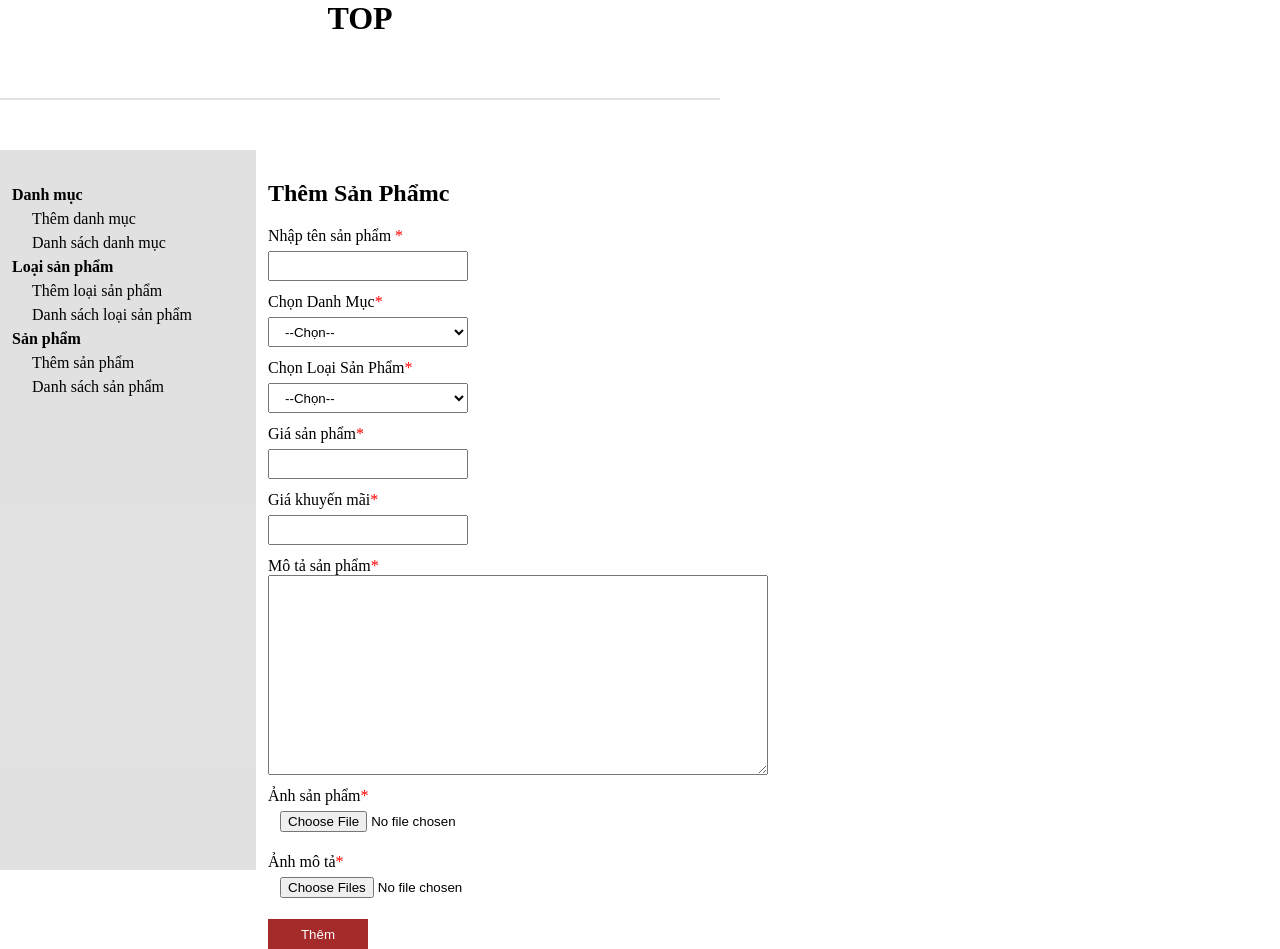
Repository: dinhvanbinh2310/ivy-moda
Page: http://localhost/Admin/productadd.php
The author's editor kept a copy of each file at every save. The page is drawn from the files as they stood at one save, then again after the next save.
The browser window is 1280 px wide. The pictures show the whole page.
The page is run by PHP 8.4 with error messages shown; the project is at /var/www/html/. Queries for data that is not in the repository find no rows.

Above is the page before, as saved 2022-07-06 20:06:16.

### Admin/productadd.php
<?php
include "header.php";
include "slider.php";
include "class/product_class.php"
?>
<?php
$product = new product;
if($_SERVER['REQUEST_METHOD'] === 'POST'){
  /*   echo '<pre>';
  echo print_r($_FILES);
  echo '<pre>'; */
  $insert_product = $brand->insert_product($_POST,$_FILES);
}
?>
<style>
/* ------------------------Product----------------------- */
.admin-content-right-product-add h1{
  margin-bottom: 20px;
}
.admin-content-right-product-add input,select{
  width: 200px;
  height: 30px;
  display: block;
  margin: 6px 0 12px;
  padding-left: 12px;
}
.admin-content-right-product-add textarea{
  display: block;
  height: 200px;
  width: 500px;
  margin-bottom: 12px;
  padding: 12px;
}
.admin-content-right-product-add button{
  display: block;
  margin-top: 10px;
  height: 30px;
  width: 100px;
  cursor: pointer;
  background-color: brown;
  border: none;
  color: white;
  transition: all 0.3s ease;
}
.admin-content-right-product-add button:hover{
  background-color: transparent;
  border: 1px solid brown;
  color: brown;
}
</style>

<div class="admin-content-right">
<div class="admin-content-right-product-add">
          <h1>Thêm Sản Phẩmc</h1>
          <form action="" method="POST" enctype="multipart/form-data">   <!-- enctype="multipart/form-data đưa dữ liệu lên csdl -->
            <label for="">Nhập tên sản phẩm <span style="color:red;">*</span></label>
            <input name="product_name" required type="text">  <!-- required Bắt phải nhập data, không nhận dữ liệu rác -->
            <label for="">Chọn Danh Mục<span style="color:red;">*</span></label>
            <select name="cartegory_id" id="">
            <option value="#">--Chọn--</option>
              <?php
              $show_cartegory = $product->show_cartegory();
              if($show_cartegory){while($result=$show_cartegory->fetch_assoc()){


              ?>
                <option value="<?php echo $result['cartegory_id']?>"><?php echo $result['cartegory_name']?></option>
                <?php
               }}
              ?>
            </select>
            <label for="">Chọn Loại Sản Phẩm<span style="color:red;">*</span></label>
            <select name="brand_id" id="">
            <label for="">Chọn Loại Sản Phẩm<span style="color:red;">*</span></label>
              <option value="#">--Chọn--</option>
              <?php
              $show_brand = $product->show_brand();
              if($show_brand){while($result=$show_brand->fetch_assoc()){


              ?>
                <option value="<?php echo $result['brand_id']?>"><?php echo $result['brand_name']?></option>
                <?php
               }}
              ?>
          </select>
          <label for="">Giá sản phẩm<span style="color:red;">*</span></label>
          <input name="product_price" required type="text">
          <label for="">Giá khuyến mãi<span style="color:red;">*</span></label>
          <input name="product_price_new" required type="text">
          <label for="">Mô tả sản phẩm<span style="color:red;">*</span></label>
          <textarea name="product_desc" id="" cols="30" rows="10"></textarea>
          <label for="">Ảnh sản phẩm<span style="color:red;">*</span></label>
          <input name="product_img" required type="file">
          <label for="">Ảnh mô tả<span style="color:red;">*</span></label>
          <input name="product_img_desc" required multiple type="file">
          <button type="submit">Thêm</button>
          </form>
        </div>
      </div>
  </section>
</body>
</html>

### Admin/header.php
<!DOCTYPE html>
<html lang="en">
<head>
  <meta charset="UTF-8">
  <meta http-equiv="X-UA-Compatible" content="IE=edge">
  <meta name="viewport" content="width=device-width, initial-scale=1.0">
  <link rel="stylesheet" href="style.css">
  <title>Danh mục sản phẩm</title>
</head>
<body>
  <header>
    <h1>TOP</h1>
  </header>

### Admin/slider.php
<section class="admin-content">
    <div class="admin-content-left">
      <ul>
        <li> <a href="#">Danh mục</a>
          <ul>
            <li><a href="cartegoryadd.php">Thêm danh mục</a></li>
            <li><a href="cartegorylist.php">Danh sách danh mục</a></li>
          </ul>
        </li>
        <li> <a href="#">Loại sản phẩm</a>
          <ul>
            <li><a href="brandadd.php">Thêm loại sản phẩm</a></li>
            <li><a href="brandlist.php">Danh sách loại sản phẩm</a></li>
          </ul>
        </li>
        <li> <a href="#">Sản phẩm</a>
          <ul>
            <li><a href="productadd.php">Thêm sản phẩm</a></li>
            <li><a href="productlist.php">Danh sách sản phẩm</a></li></li>
        </ul>
      </ul>
    </div>

### Admin/class/product_class.php
<?php
include "database.php";
?>
<?php
class product{
  private $db;
  public function __construct()
  {
    $this->db = new Database();
  }
  public function show_cartegory(){
    $query = "SELECT *  FROM tbl_cartegory ORDER BY cartegory_id DESC";
    $result = $this->db->select($query);
    return $result;
}
  public function insert_product(){

    $query = "INSERT INTO tbl_product (
      product_name,
      cartegory_id,
      brand_id,
      product_price,
      product_price_new,
      product_desc,
      product_img) VALUES(
        '$product_name',
        $cartegory_id',
        $brand_id',
        $product_price',
        $product_price_new',
        $product_desc',
        '$product_img')";
    $result = $this->db->insert($query);
    header('Location:brandlist.php');
    return $result;
  }

  public function show_brand(){
    /* $query = "SELECT *  FROM tbl_brand ORDER BY brand_id DESC"; */
    $query="SELECT tbl_brand.*,tbl_cartegory.cartegory_name
    FROM tbl_brand INNER JOIN tbl_cartegory ON tbl_brand.cartegory_id = tbl_cartegory.cartegory_id
    ORDER BY tbl_brand.brand_id DESC ";
    $result = $this->db->select($query);
    return $result;
}
  public function get_brand($brand_id){
    $query = "SELECT *  FROM tbl_brand WHERE brand_id = '$brand_id'";
    $result = $this->db->select($query);
    return $result;
  }
  public function update_brand($cartegory_id,$brand_name,$brand_id){
    $query = "UPDATE tbl_brand SET brand_name='$brand_name', cartegory_id = '$cartegory_id' WHERE brand_id='$brand_id'";
    $result = $this->db->update($query);
    header('Location:brandlist.php');
    return $result;
  }

  public function delete_brand($brand_id){
    $query= "DELETE FROM tbl_brand WHERE brand_id='$brand_id'";
    $result = $this->db->delete($query);
    header('Location:brandlist.php');
    return $result;
    }

}
?>

### Admin/database.php
<?php
include "config.php";
?>
<?php
Class Database{
  public $host = DB_HOST;
  public $user = DB_USER;
  public $pass = DB_PASS;
  public $dbname = DB_NAME;

  public $link;
  public $error;
  public function __construct(){
    $this->connectDB();
  }
  private function connectDB(){
    $this->link = new mysqli($this->host,$this->user,$this->pass,$this->dbname);
    if(!$this->link){
      $this->error = "Connect fail".$this->link->connect_error;
      return false;
    }
  }
  //Select or Read data
  public function select($query){
    $result = $this->link->query($query) or
    die($this->link->error.__LINE__);
    if($result->num_rows > 0){
      return $result;
    }else{
      return false;
    }
  }

  //Insert data
  public function insert($query){
    $insert_row = $this->link->query($query) or
    die($this->link->error.__LINE__);
    if($insert_row){
      return $insert_row;
    }else{
      return false;
    }
  }

  //Update data
  public function update($query){
    $update_row = $this->link->query($query) or
    die($this->link->error.__LINE__);
    if($update_row){
      return $update_row;
    }else{
      return false;
    }
  }

  //Delete data
  public function delete($query){
    $delete_row = $this->link->query($query) or
    die($this->link->error.__LINE__);
    if($delete_row){
      return $delete_row;
    }else{
      return false;
    }
  }

}
?>

### Admin/config.php
<?php
define("DB_HOST","localhost");
define("DB_USER","root");
define("DB_PASS","");
define("DB_NAME","website_ivymoda");
?>

### Admin/style.css
*{
  margin: 0;
  padding: 0;
  box-sizing: border-box;
  color: black;
  outline: none;
}
a{
  text-decoration: none;
}
ul{
  list-style: none;
}
header{
  height: 100px;
  width: 100vh;
  border-bottom: 2px solid #dddd;
  text-align: center;
  align-items: center;
}
.admin-content{
  padding-top: 50px;
  display: flex;
}
.admin-content-left{
  background-color: #dddd;
  width: 20%;
  height: 100vh;
  padding: 30px 0 0 12px;
}
.admin-content-left > ul >li >a{
  font-weight: bold;
}
.admin-content-left ul li{
  margin: 6px 0;
}
.admin-content-left ul ul{
  margin-left: 20px;
}
.admin-content-right{
  width: 80%;
  padding: 30px 0 0 12px;
}
.admin-content-right-cartegory-add input{
  height: 30px;
  width: 200px;
  padding-left: 12px;
  margin-top: 20px;
}
.admin-content-right-cartegory-add button{
  display: block;
  margin-top: 10px;
  height: 30px;
  width: 100px;
  cursor: pointer;
  background-color: brown;
  border: none;
  color: white;
  transition: all 0.3s ease;
}
.admin-content-right-cartegory-add button:hover{
  background-color: transparent;
  border: 1px solid brown;
  color: brown;
}
/* ------------------------Cartegorylist----------------------- */
.admin-content-right-cartegory_list table{
  width: 100%;
  text-align: center;
  margin-top: 20px;
}
.admin-content-right-cartegory_list table tr th,td{
  border: 1px solid #dddd;
}
table{
  border-collapse: collapse;
}
/* ------------------------Product----------------------- */
.admin-content-right-product-add h1{
  margin-bottom: 20px;
}
.admin-content-right-product-add input,select{
  width: 200px;
  height: 30px;
  display: block;
  margin: 6px 0 12px;
  padding-left: 12px;
}
.admin-content-right-product-add textarea{
  display: block;
  height: 200px;
  width: 500px;
  margin-bottom: 12px;
  padding: 12px;
}
.admin-content-right-product-add button{
  display: block;
  margin-top: 10px;
  height: 30px;
  width: 100px;
  cursor: pointer;
  background-color: brown;
  border: none;
  color: white;
  transition: all 0.3s ease;
}
.admin-content-right-product-add button:hover{
  background-color: transparent;
  border: 1px solid brown;
  color: brown;
}

After the next save:
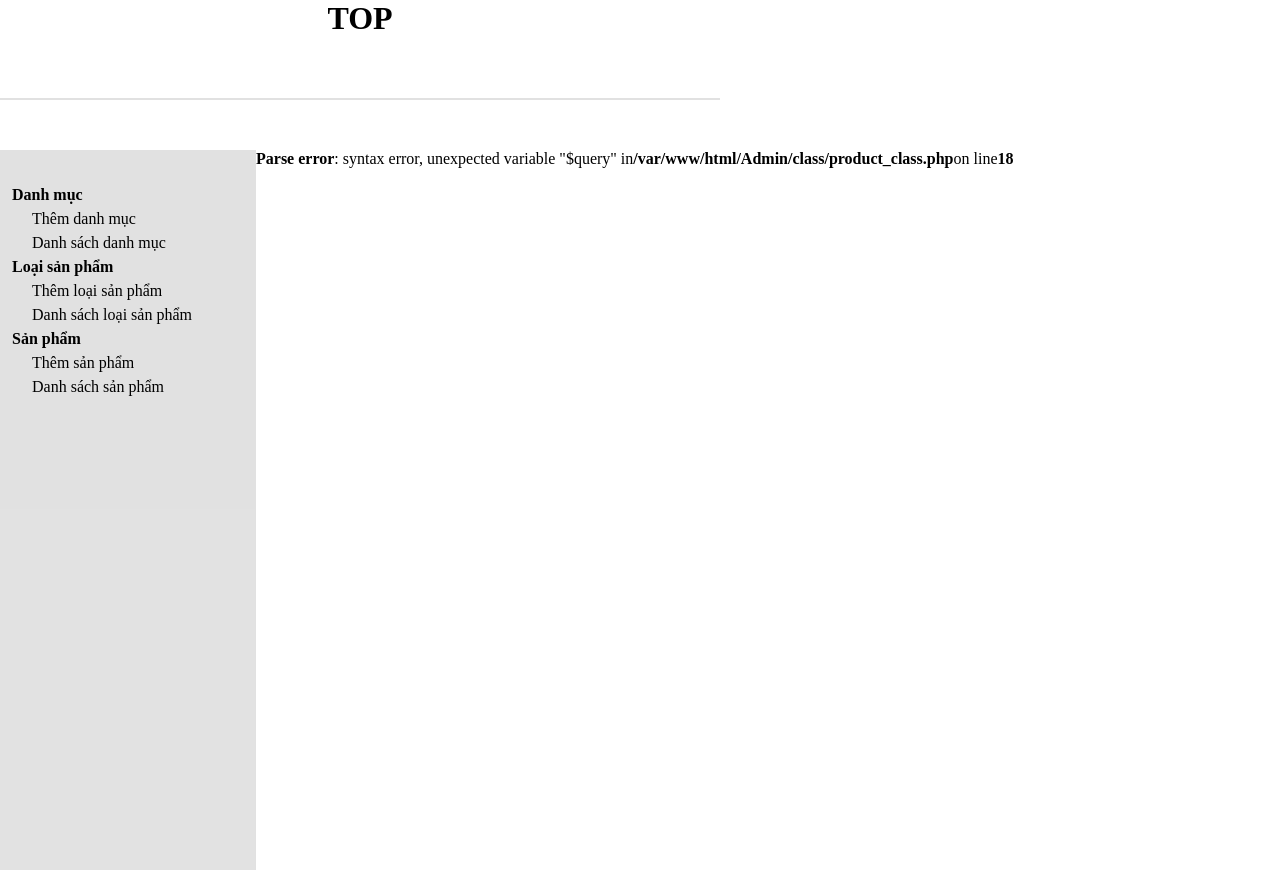
Saved 33 s later.
--- a/Admin/class/product_class.php
+++ b/Admin/class/product_class.php
@@ -14,7 +14,7 @@
     return $result;
 }
   public function insert_product(){
-
+    $product_name = $_POST['product_name']
     $query = "INSERT INTO tbl_product (
       product_name,
       cartegory_id,

After the save that followed:
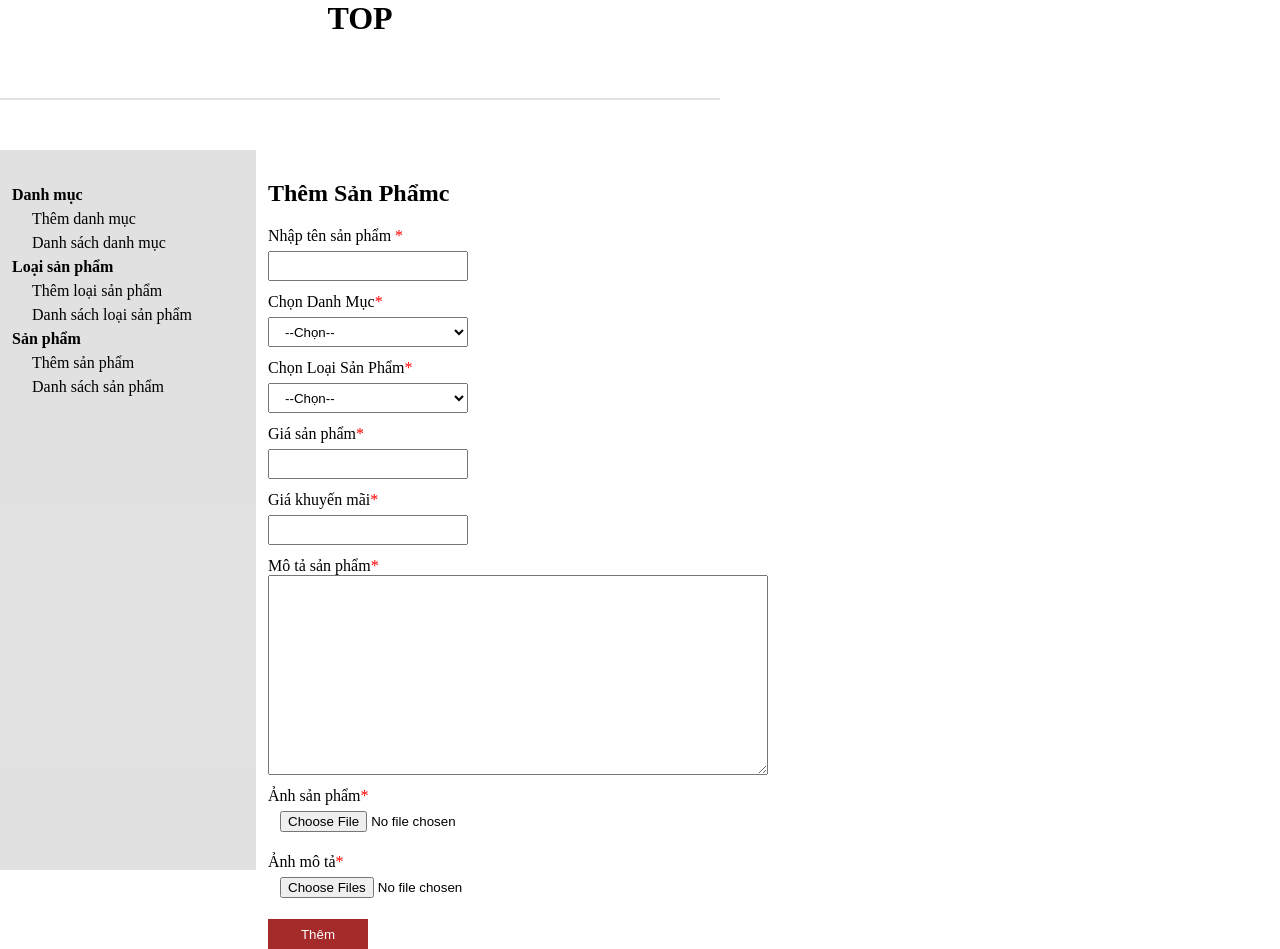
Saved 32 s later.
--- a/Admin/class/product_class.php
+++ b/Admin/class/product_class.php
@@ -14,7 +14,7 @@
     return $result;
 }
   public function insert_product(){
-    $product_name = $_POST['product_name']
+    $product_name = $_POST['product_name'];
     $query = "INSERT INTO tbl_product (
       product_name,
       cartegory_id,
